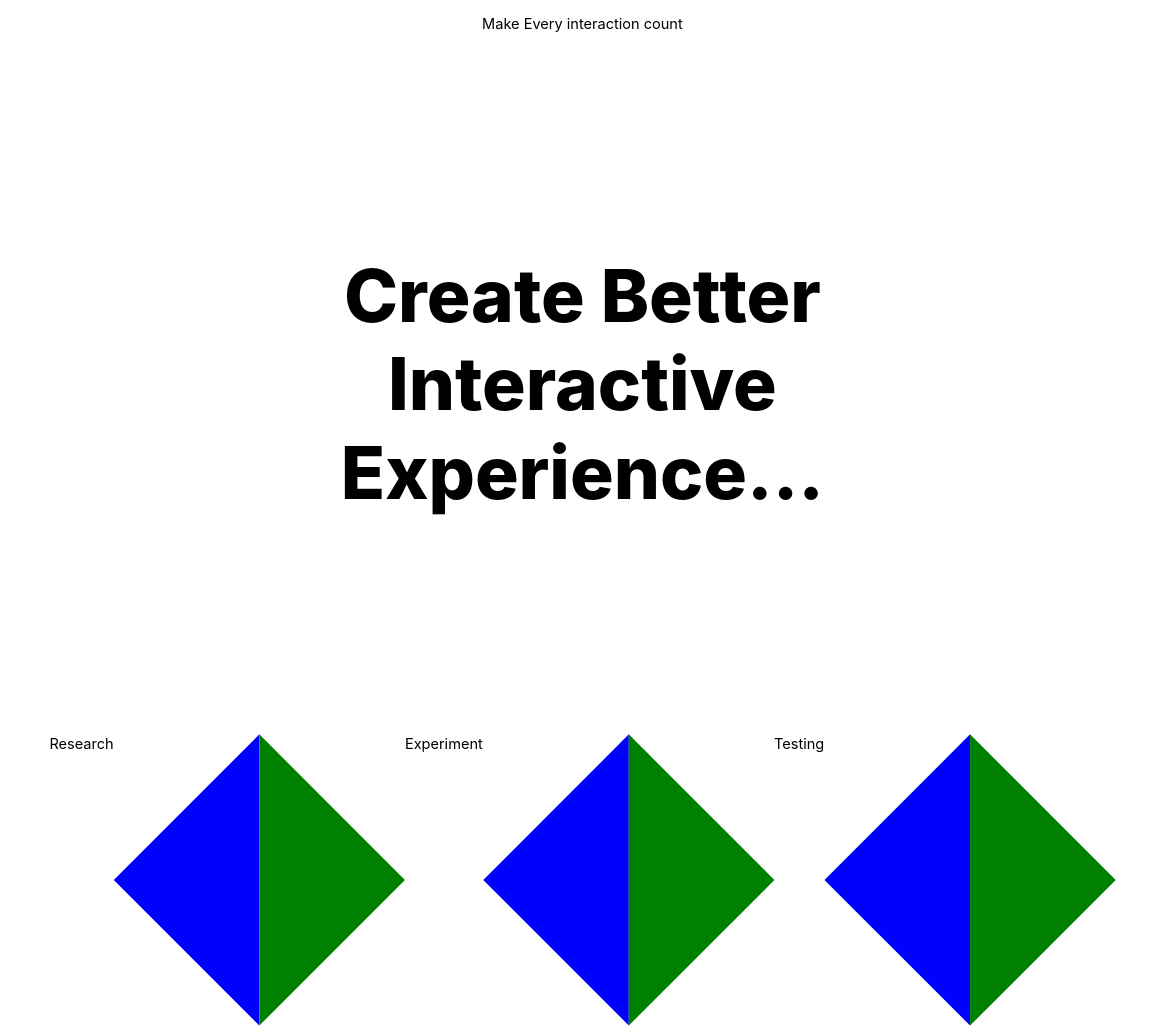
Repository: YingCG/interaction-design
Page: /
These files come from the project's save history. The page is drawn as it stood at one moment and after the next save; the edit follows.
The browser window is 1280 px wide. The pictures show the whole page, at 91% of full size.
The project was rebuilt for these pictures with package versions that can differ from the ones it lists, and the page was loaded fresh each time.

Above is the page before, as saved 2023-09-07 10:49:33.

### src/App.js
import logo from "./logo.svg";
import "./App.css";
import TripleDiamond from "./TripleDiamond";

function App() {
  return (
    <div className="App">
      Make Every interaction count
      <TripleDiamond />
    </div>
  );
}

export default App;

### src/App.css
.App {
  text-align: center;
  padding: 1em;
  height: 100vh;
}

.arrow-right {
  width: 0;
  height: 0;
  border-top: 10rem solid transparent;
  border-bottom: 10rem solid transparent;
  border-left: 10rem solid green;
}
.arrow-right:hover {
  border-left: 10rem solid #ffa1f5;
}

.arrow-left {
  width: 0;
  height: 0;
  border-top: 10rem solid transparent;
  border-bottom: 10rem solid transparent;
  border-right: 10rem solid blue;
}
.arrow-left:hover {
  border-right: 10rem solid #ffa1f5;
}

.container {
  display: flex;
  justify-content: center;
  align-items: center;
  width: 100%;
  flex-direction: column;
  height: auto;
}

.text-content {
  padding: 3em;
  font-size: 5em;
  font-weight: 800;
}

.triple-diamond {
  display: flex;
  width: 50%;
}

.container-triple {
  display: flex;
}

.text-above {
  flex-direction: column;
}

### src/TripleDiamond.jsx
import React, { useState } from "react";

function TripleDiamond() {
  const [info, setInfo] = useState("");

  function showInfo() {
    setInfo("new info");
  }
  // const showInfo = () => {

  // }

  return (
    <div className="container">
      <div className="text-content">
        Create Better Interactive Experience...
      </div>
      <div className="container-triple">
        <div className="triple-diamond">
          <div className="text-above">Research</div>
          <div className="arrow-left" onClick={showInfo}>
            {info}
          </div>
          <div className="arrow-right"></div>
        </div>

        <div className="triple-diamond">
          <div className="text-above">Experiment</div>
          <div className="arrow-left"></div>
          <div className="arrow-right"></div>
        </div>

        <div className="triple-diamond">
          <div className="text-above">Testing</div>
          <div className="arrow-left"></div>
          <div className="arrow-right"></div>
        </div>
      </div>
    </div>
  );
}

export default TripleDiamond;

Loaded but not shown: public/index.html (common file); src/index.js (common file); src/index.css (common file); src/reportWebVitals.js (common file)

After the next save:
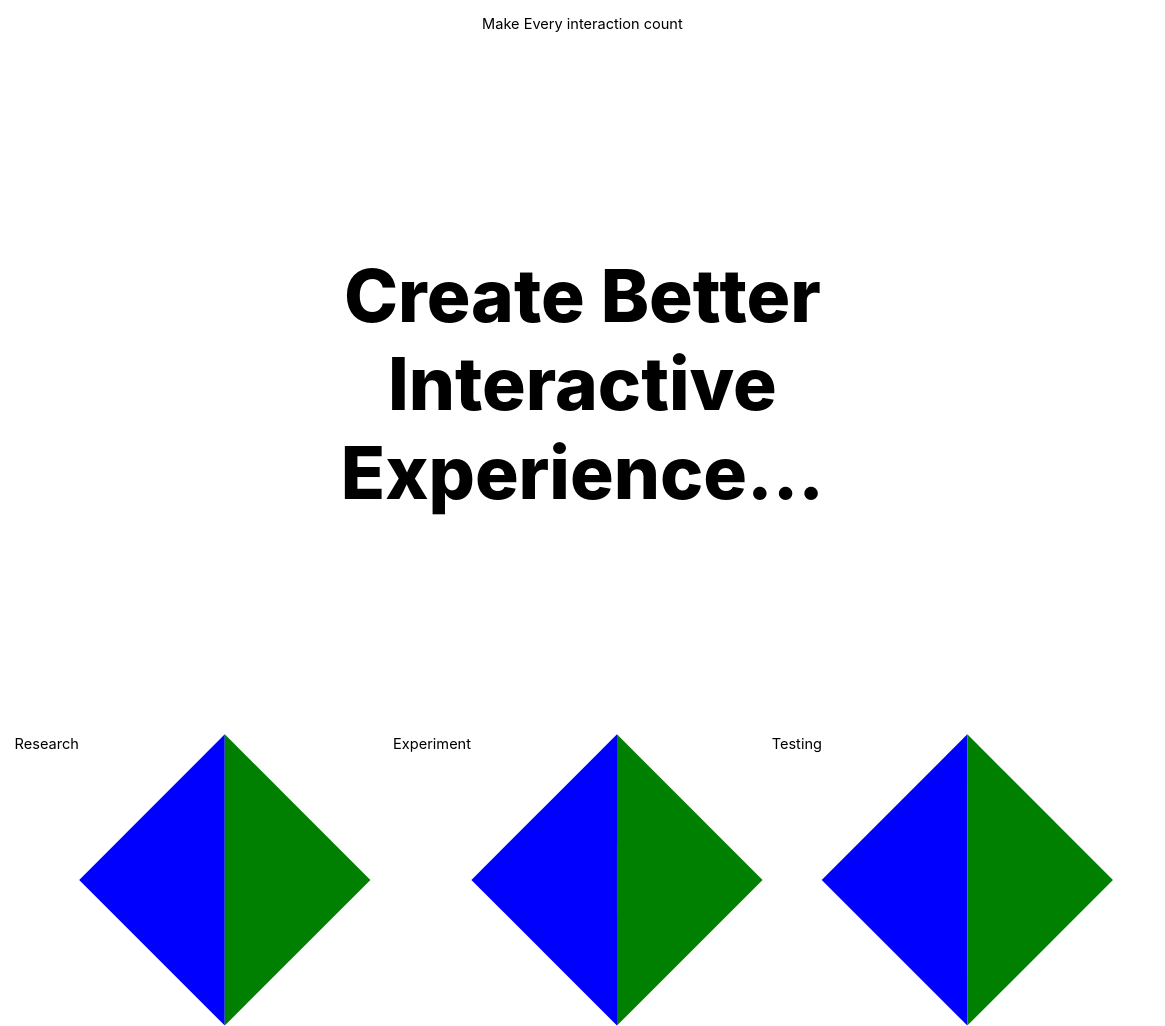
Saved 18 s later.
--- a/src/App.css
+++ b/src/App.css
@@ -28,11 +28,10 @@
 
 .container {
   display: flex;
-  justify-content: center;
-  align-items: center;
+  /* justify-content: center;
+  align-items: center; */
   width: 100%;
   flex-direction: column;
-  height: auto;
 }
 
 .text-content {

After the save that followed:
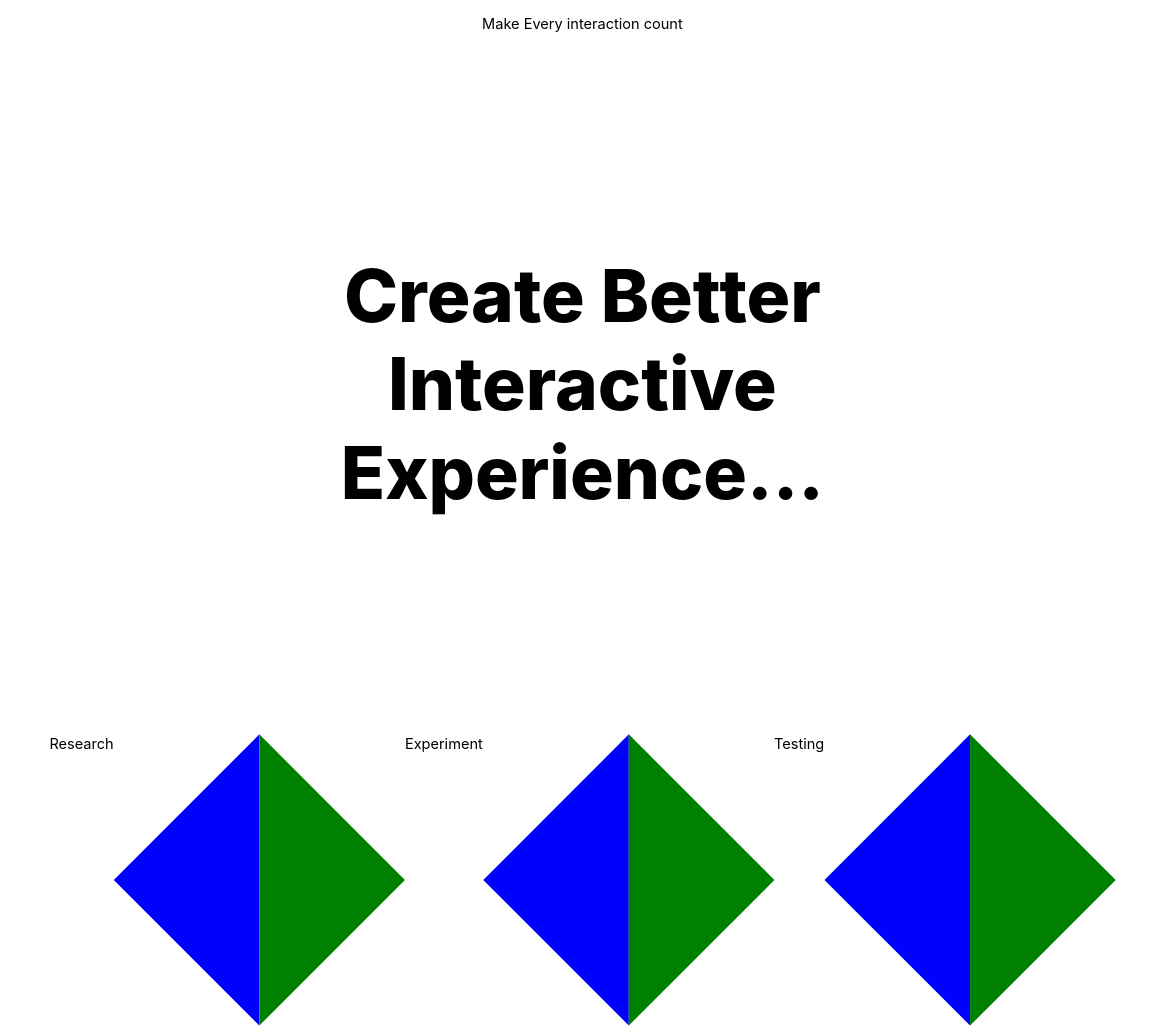
Saved 25 s later.
--- a/src/App.css
+++ b/src/App.css
@@ -28,8 +28,8 @@
 
 .container {
   display: flex;
-  /* justify-content: center;
-  align-items: center; */
+  justify-content: center;
+  align-items: center;
   width: 100%;
   flex-direction: column;
 }
